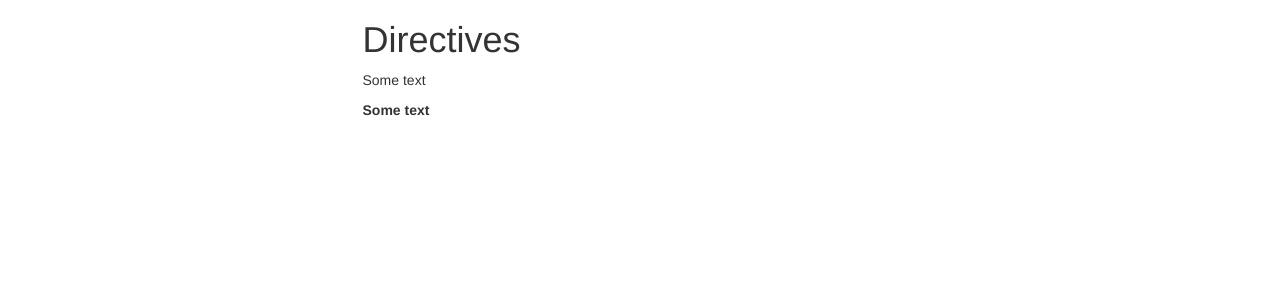
Repository: wojkos/Learn
Page: / (app in Vue/module12/)
An editor plug-in stored every save of this project. The page is shown before and after the next save, followed by the edit.
The browser window is 1280 px wide. The pictures show the whole page.
The project was rebuilt for these pictures with package versions that can differ from the ones it lists, and the page was loaded fresh each time. Also part of the build but not shown: Vue/module12/webpack.config.js.

Above is the page before, as saved 2018-05-17 22:01:33.

After the next save:
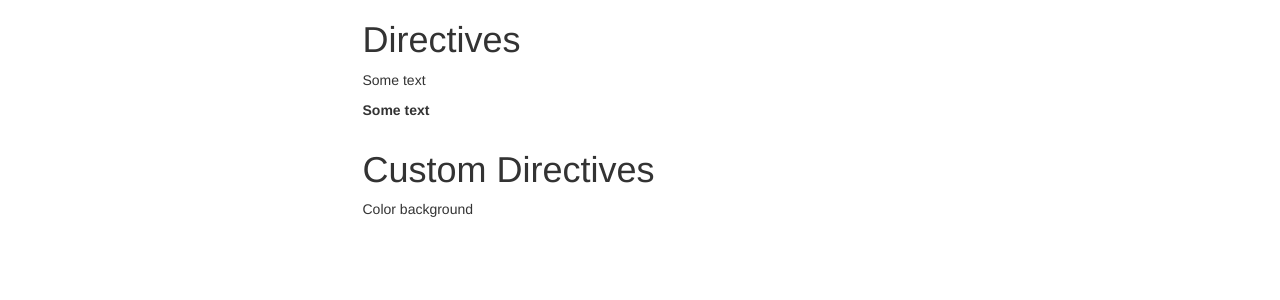
Saved 27 s later.
--- a/Vue/module12/src/App.vue
+++ b/Vue/module12/src/App.vue
@@ -5,6 +5,14 @@
                 <h1>Directives</h1>
                 <p v-text="'Some text'"></p>
                 <p v-html="'<strong>Some text</strong>'"></p>
+
+            </div>
+        </div>
+        <div class="row">
+            <div class="col-xs-12 col-sm-8 col-sm-offset-2 col-md-6 col-md-offset-3">
+                <h1>Custom Directives</h1>
+                <p>Color background</p>
+
 
             </div>
         </div>
